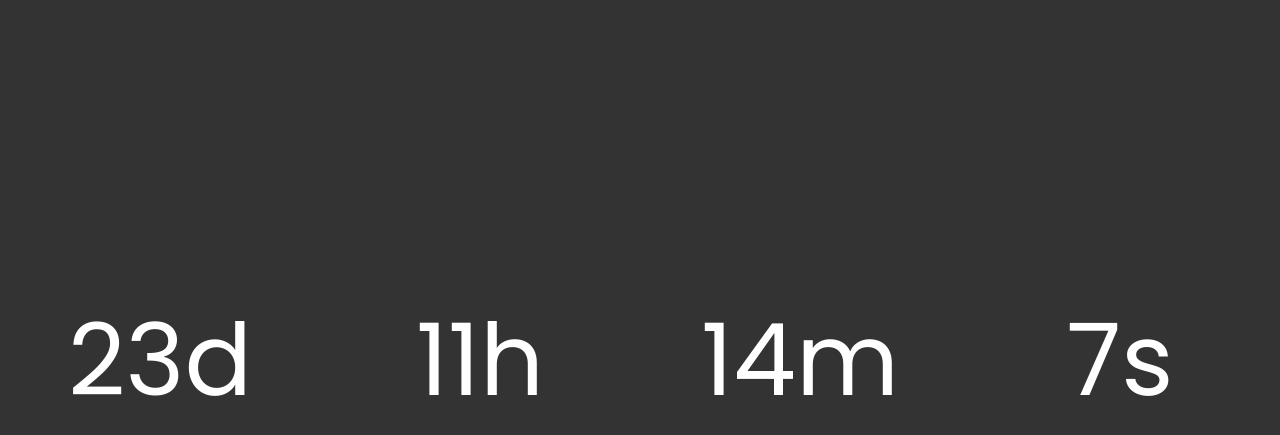
Repository: LeTanTru/All-Code
Page: Countdown/index.html
An editor plug-in stored every save of this project. The page is shown before and after a run of saves, followed by the edit.
The browser window is 1280 px wide. The pictures show the whole page.

Above is the page before, as saved 2023-01-14 19:43:09.

After the next 2 saves:
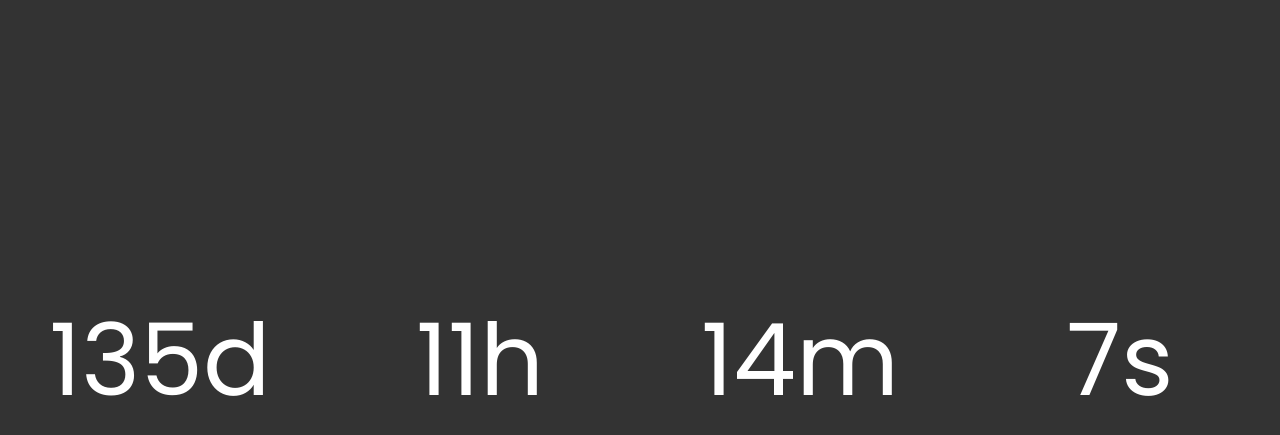
The 2 saves are shown as one change because they came seconds apart.
The last was saved 7 days later.
--- a/Countdown/countdown.js
+++ b/Countdown/countdown.js
@@ -4,7 +4,7 @@
 const secondsEle = document.querySelector(".seconds");
 
 const date = new Date();
-const dateEnd = new Date("1/22/2023");
+const dateEnd = new Date("5/14/2023");
 const difference = dateEnd.getTime() - date.getTime();
 const days = Math.floor(difference / (1000 * 86400));
 const hours = Math.floor(difference / (1000 * 3600) - days * 24);
@@ -21,7 +21,7 @@
 
 setInterval(() => {
   const date = new Date();
-  const dateEnd = new Date("1/22/2023");
+  const dateEnd = new Date("5/14/2023");
   const difference = dateEnd.getTime() - date.getTime();
   const days = Math.floor(difference / (1000 * 86400));
   const hours = Math.floor(difference / (1000 * 3600) - days * 24);
